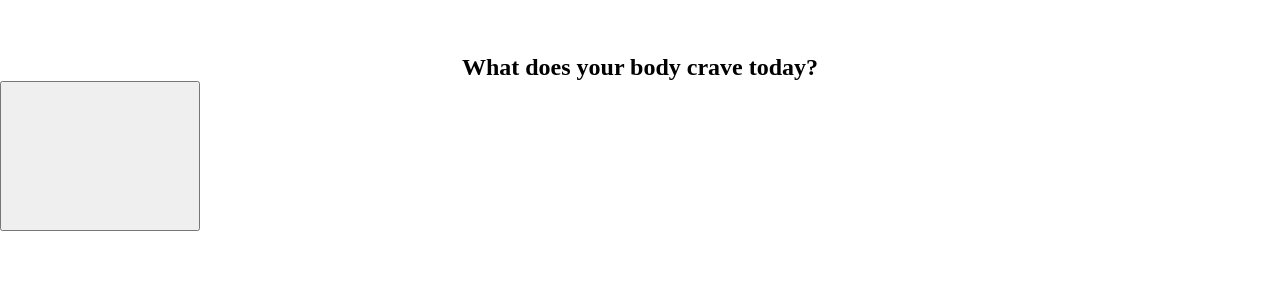
Repository: karim0829/Bella-Oter-Project
Page: index.html
These files come from the project's save history. The page is drawn as it stood at one moment and after the next save; the edit follows.
The browser window is 1280 px wide. The pictures show the whole page.

Above is the page before, as saved 2025-06-30 19:14:24.

After the next save:
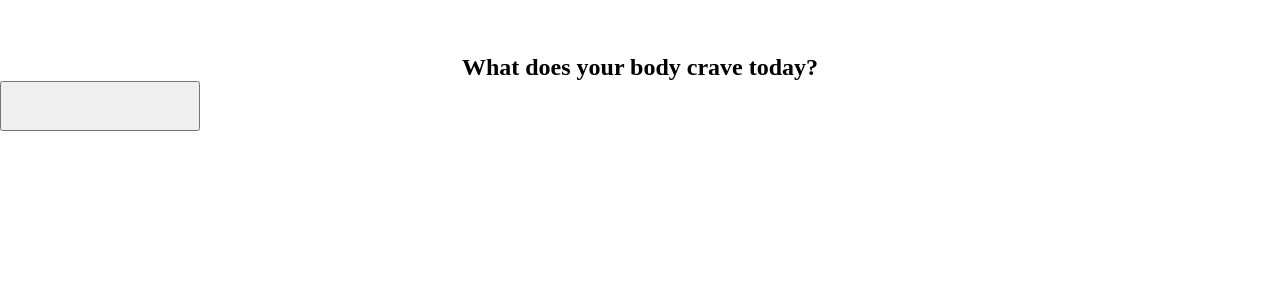
Saved 5 s later.
--- a/style.css
+++ b/style.css
@@ -14,5 +14,6 @@ form button {
     margin: 0 auto;
     text-align: center;
     width:200px;
-    height:150px;
+    height:50px;
+
 }
